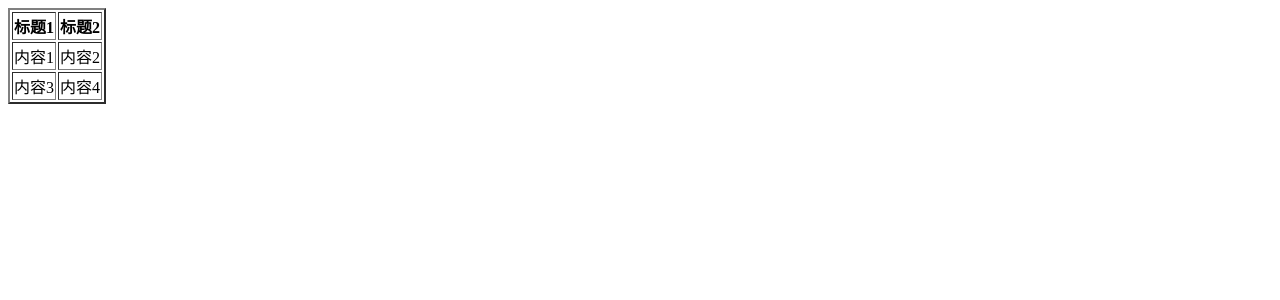
Repository: ljcan/PHP_Scripts
Page: myjavascript_file/myhtml/new_file02.html
These files come from the project's save history. The page is drawn as it stood at one moment and after the next save; the edit follows.
The browser window is 1280 px wide. The pictures show the whole page.

Above is the page before, as saved 2017-07-05 15:32:15.

### myjavascript_file/myhtml/new_file02.html
<!DOCTYPE html PUBLIC "-//W3C//DTD HTML 4.01//EN"
"http://www.w3.org/TR/html4/strict.dtd">

<html xmlns="http://www.w3.org/1999/xhtml" lang="en">
    <head>
        <meta http-equiv="Content-Type" content="text/html; charset=utf-8" />
        <title>HTML之表格</title>
        <meta name="author" content="Shinelon" />
        <!-- Date: 2017-07-05 -->
    </head>
    <body>
        <table border="2">
            <tr><th>标题1</th><th>标题2</th></tr>
            <tr><td>内容1</td><td>内容2</td></tr>
            <tr><td>内容3</td><td>内容4</td></tr>
        </table>
    </body>
</html>

After the next save:
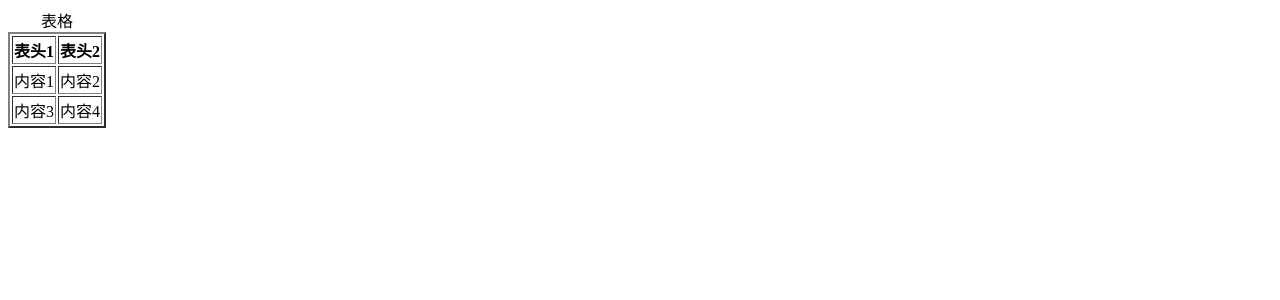
Saved 2 min 20 s later.
--- a/myjavascript_file/myhtml/new_file02.html
+++ b/myjavascript_file/myhtml/new_file02.html
@@ -10,7 +10,8 @@
     </head>
     <body>
         <table border="2">
-            <tr><th>标题1</th><th>标题2</th></tr>
+            <caption>表格</caption>
+            <tr><th>表头1</th><th>表头2</th></tr>
             <tr><td>内容1</td><td>内容2</td></tr>
             <tr><td>内容3</td><td>内容4</td></tr>
         </table>
